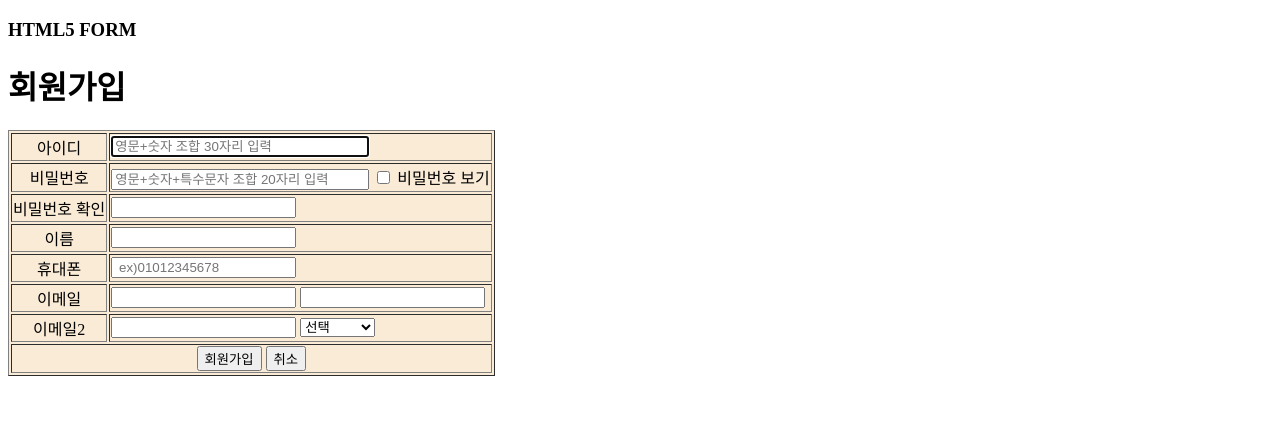
Repository: jelly02/workspace_web
Page: 03.html5_form/src/main/webapp/sample_html5.html
These files come from the project's save history. The page is drawn as it stood at one moment and after the next save; the edit follows.
The browser window is 1280 px wide. The pictures show the whole page.

Above is the page before, as saved 2021-06-24 05:47:39.

### 03.html5_form/src/main/webapp/sample_html5.html
<!DOCTYPE html PUBLIC "-//W3C//DTD HTML 4.01 Transitional//EN" "http://www.w3.org/TR/html4/loose.dtd">
<html>
<head>
<meta http-equiv="Content-Type" content="text/html; charset=UTF-8">
<title>HTML5 FORM 예제</title>
</head>
<body>
	<h3>HTML5 FORM</h3>

	<form action="" method="get">
		<h1>회원가입</h1>


		<table border="1" cellspacing="2px" cellpading="5px" bgcolor="AntiqueWhite">
				<form action = "result.html" method = "post">

							<!-- 아이디 -->

							<tr>
								<td align="center">아이디</td>
								<td>
									<input type = "text" name="memberId" autofocus="autofocus" required = "requirde"
									placeholder="영문+숫자 조합 30자리 입력" style="width:250px">
								</td>
							</tr>

							<tr>
								<td align="center">비밀번호</td>
								<td>
									<input type = "password" name="memberPw"  required = "requirde" placeholder="영문+숫자+특수문자 조합 20자리 입력"
									style="width:250px">
									<input type = "checkbox" name="visiblePw">	비밀번호 보기
								</td>
							</tr>

							<tr>
								<td align="center">비밀번호 확인</td>
								<td><input type = "password" name="memberPwConfirm"  required = "requirde"></td>
							</tr>

							<tr>
								<td align="center">이름</td>
								<td><input type = "password" name="name"  required = "requirde" ></td>
							</tr>

							<tr>
								<td align="center">휴대폰</td>
								<td>
									<input type = "password" name="mobile"  required = "requirde"
										placeholder=" ex)01012345678">
								</td>
							</tr>

							<tr>
								<td align="center">이메일 </td>
								<td>
									<input type = "text" name="email1"  required = "requirde">
									<input type = "text" name="email2"  required = "requirde">
								</td>
							</tr>

							<tr>
								<td align="center">이메일2</td>
								<td>
									<input type = "text" name="email2">

									<select name = "selectEmail">
										<option value = "none"> 선택 </option>
										<option value = "@naver.com"> 네이버 </option>
										<option value = "@gmail.com"> 구글 </option>
										<option value = "@daum.net"> 다음 </option>
										<option value = "userInput"> 직접 입력 </option>
									</select>
								</td>
							</tr>


							<tr>
								<td align="center" colspan="2" align="center">
									<input type = "submit" value = "회원가입" >
									<input type = "reset" value = "취소">
								</td>
							</tr>


					</form>
			</table>




	</form>

</body>
</html>

After the next save:
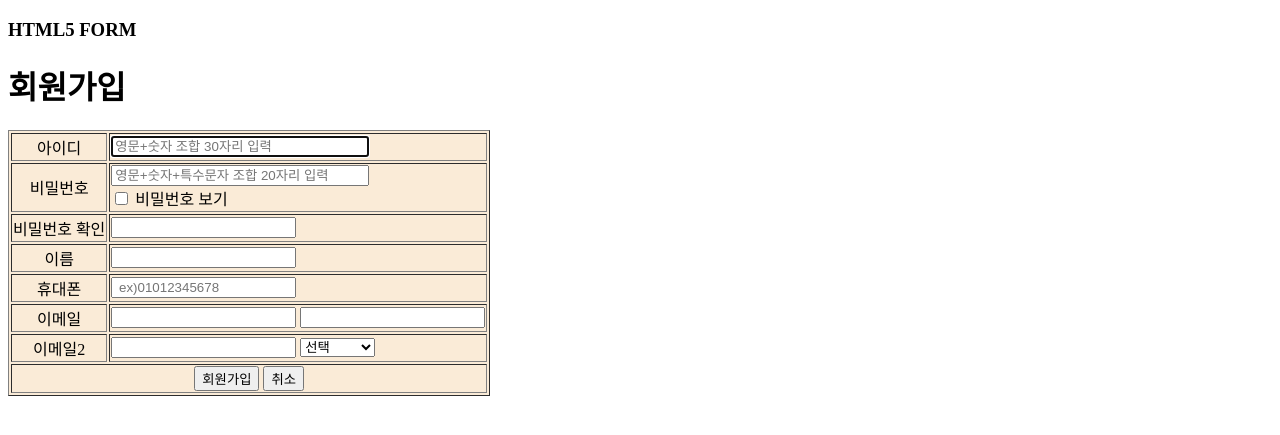
Saved 32 s later.
--- a/03.html5_form/src/main/webapp/sample_html5.html
+++ b/03.html5_form/src/main/webapp/sample_html5.html
@@ -28,7 +28,7 @@
 								<td align="center">비밀번호</td>
 								<td>
 									<input type = "password" name="memberPw"  required = "requirde" placeholder="영문+숫자+특수문자 조합 20자리 입력"
-									style="width:250px">
+									style="width:250px"> <br>
 									<input type = "checkbox" name="visiblePw">	비밀번호 보기
 								</td>
 							</tr>
